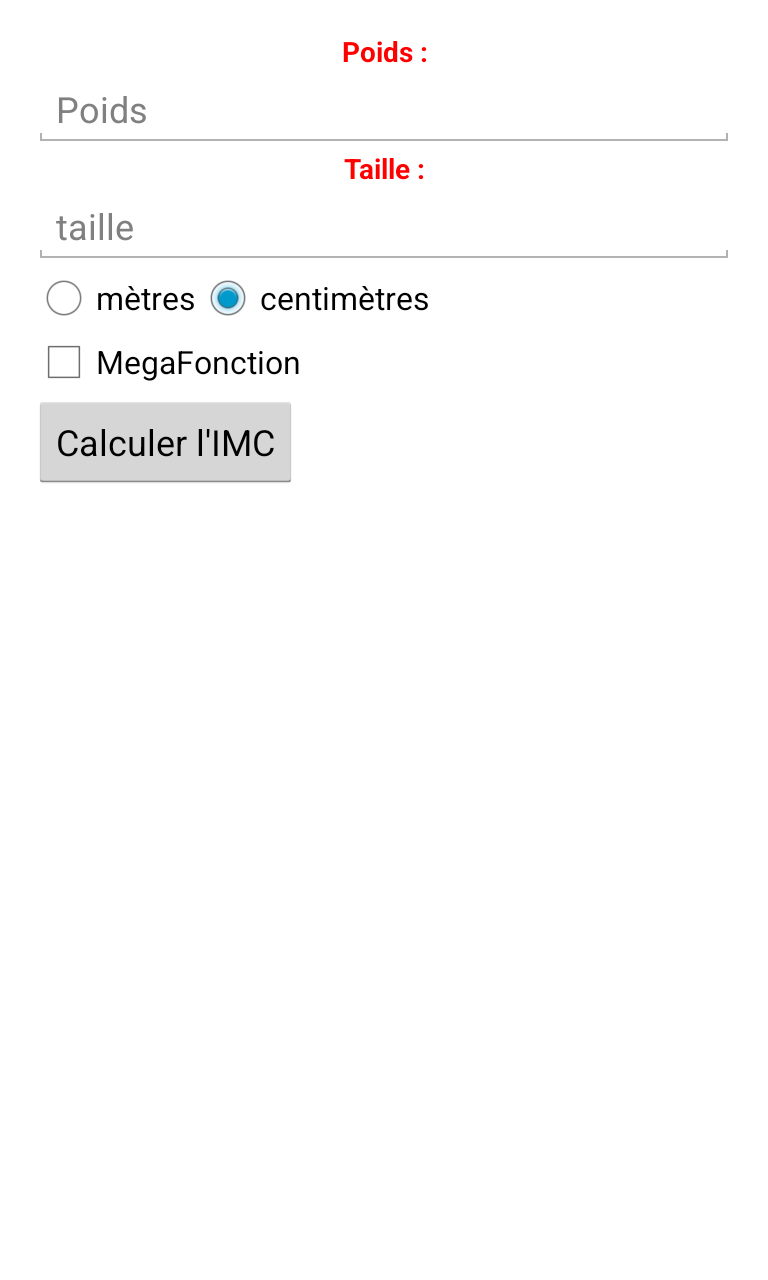
Repository: mikaelpopowicz/cours
Layout: graph/test/res/layout/activity_main.xml
These files come from the project's save history. The layout is drawn as it stood at one moment and after the next save; the edit follows.
It is drawn on a 768 x 1280 px phone screen (xhdpi) without system bars, with theme AppTheme; the app's code is not run.

Above is the layout before, as saved 2014-02-26 22:49:59.

### graph/test/res/layout/activity_main.xml
<LinearLayout xmlns:android="http://schemas.android.com/apk/res/android"
    xmlns:tools="http://schemas.android.com/tools"
    android:layout_width="match_parent"
    android:layout_height="match_parent"
    android:paddingBottom="@dimen/activity_vertical_margin"
    android:paddingLeft="@dimen/activity_horizontal_margin"
    android:paddingRight="@dimen/activity_horizontal_margin"
    android:paddingTop="@dimen/activity_vertical_margin"
    tools:context=".MainActivity"
    android:orientation="vertical" >

    <TextView
        android:layout_width="fill_parent"
        android:layout_height="wrap_content"
        android:text="Poids :"
        android:textStyle="bold"
        android:textColor="#FF0000"
        android:gravity="center"/>

    <EditText
        android:id="@+id/poids"
        android:layout_width="fill_parent"
        android:layout_height="wrap_content"
        android:hint="Poids"
        android:inputType="text"/>

    <TextView
        android:layout_width="fill_parent"
        android:layout_height="wrap_content"
        android:text="Taille :"
        android:textStyle="bold"
        android:textColor="#FF0000"
        android:gravity="center"/>

    <EditText
        android:id="@+id/taille"
        android:layout_width="fill_parent"
        android:layout_height="wrap_content"
        android:hint="taille"
        android:inputType="text"/>

    <RadioGroup
  		android:layout_width="wrap_content"
  		android:layout_height="wrap_content"
  		android:orientation="horizontal" >
  		<RadioButton
    		android:layout_width="wrap_content"
    		android:layout_height="wrap_content"
    		android:text="mètres" />
  		<RadioButton
    		android:layout_width="wrap_content"
    		android:layout_height="wrap_content"
    		android:text="centimètres"
    		android:checked="true" />
	</RadioGroup>

    <CheckBox
  		android:layout_width="fill_parent"
  		android:layout_height="wrap_content"
  		android:text="MegaFonction"  />

    <Button
        android:id="@+id/calcul"
        android:layout_width="wrap_content"
        android:layout_height="wrap_content"
        android:text="Calculer l'IMC"/>

</LinearLayout>

Loaded but not shown: graph/test/res/values/styles.xml (common file); graph/test/res/values-v11/styles.xml (common file); graph/test/res/values-v14/styles.xml (common file); graph/test/res/values/dimens.xml (common file)

After the next save:
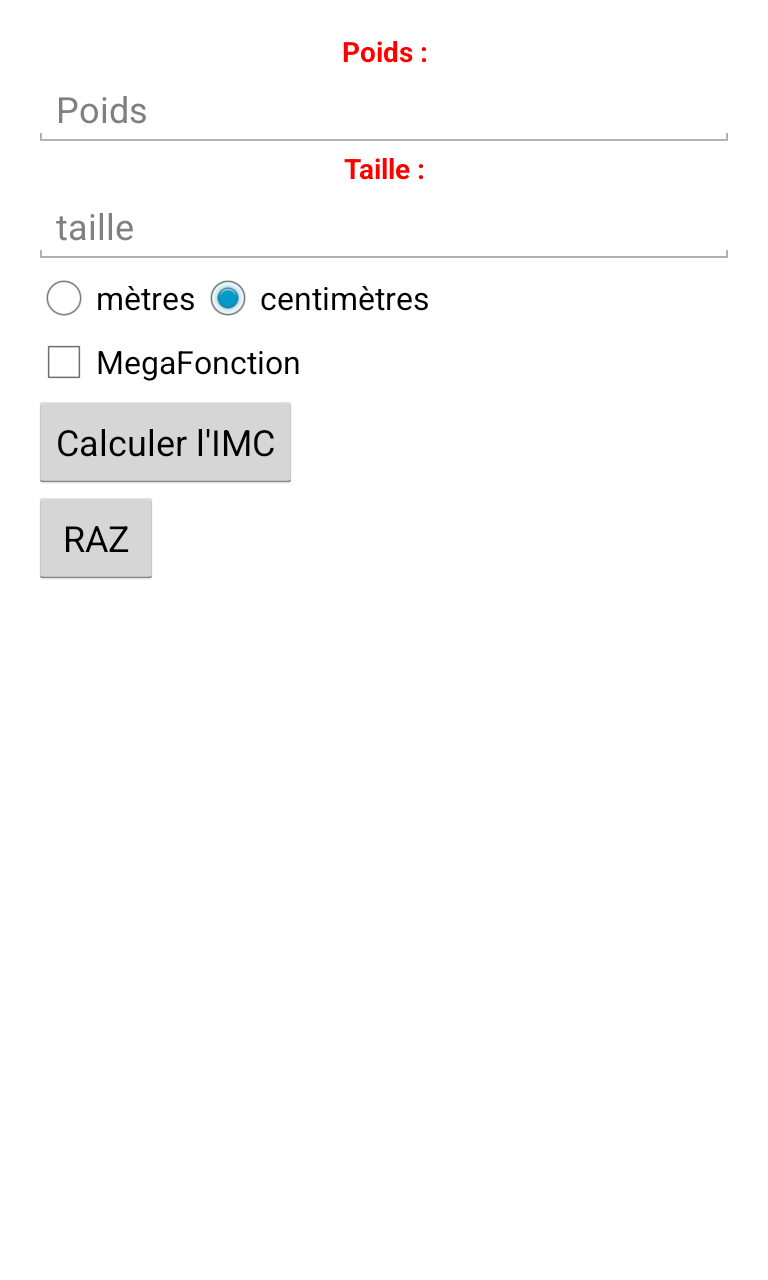
Saved 15 s later.
--- a/graph/test/res/layout/activity_main.xml
+++ b/graph/test/res/layout/activity_main.xml
@@ -65,4 +65,10 @@
         android:layout_height="wrap_content"
         android:text="Calculer l'IMC"/>
 
+    <Button
+        android:id="@+id/raz"
+        android:layout_width="wrap_content"
+        android:layout_height="wrap_content"
+        android:text="RAZ"/>
+
 </LinearLayout>
